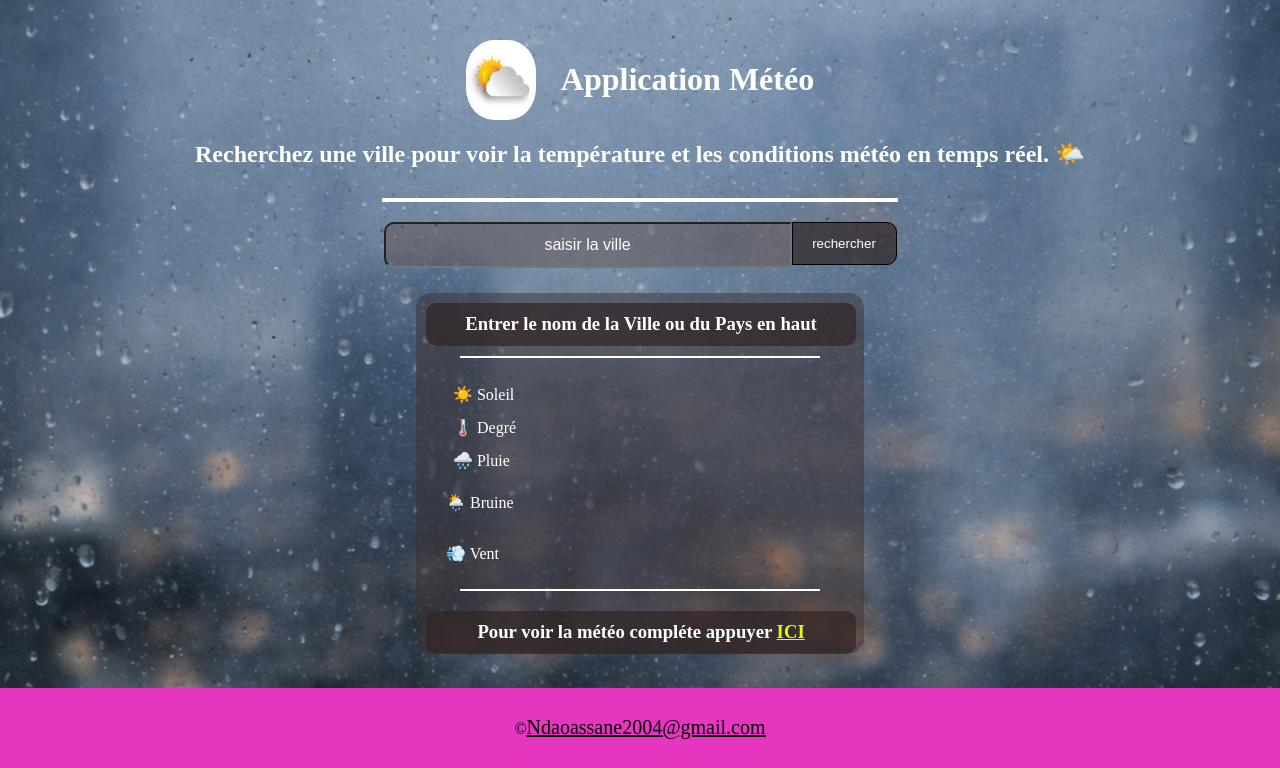
Repository: assanendao171/meteo
Page: index.html
The author's editor kept a copy of each file at every save. The page is drawn from the files as they stood at one save, then again after a run of saves.
The browser window is 1280 px wide. The pictures show the whole page.

Above is the page before, as saved 2026-03-16 13:42:17.

### index.html
<!DOCTYPE html>
<html lang="en">

<head>
    <meta charset="UTF-8">
    <meta name="viewport" content="width=device-width, initial-scale=1.0">
    <title>Document</title>
    <link rel="stylesheet" href="meteo2.css">
</head>

<body>
    <div id="haut">
        <img src="icone.jpg" alt="icone" id="photosoleil">
        <h1>Application Météo </h1>
    </div>
    <h2>Recherchez une ville pour voir la température et les conditions météo en temps réel. 🌤️</h2>
    <hr>
            <div id="bloc">
            <input type="text" id="input" placeholder="saisir la ville">
            <button id="btn">rechercher</button>
        </div>
    <div id="contain">
        <div id="resultat">
            <h3 id="h3">Entrer le nom de la Ville ou du Pays en haut</h3>
        </div>
        <hr id="hr">
        <div id="stat">
        <p id="soleil">☀️ Soleil</p>
        <p id="degre">🌡️ Degré</p >
        <p id="pluie">🌧️ Pluie</p >
        <p id="bruine">🌦️ Bruine</p >
        <p id="vent">💨 Vent</p >
        </div>
            <hr id="hr">
<div id="resultat">
<h3>Pour voir la météo compléte appuyer <a href="https://www.lachainemeteo.com/meteo-senegal/ville-462/previsions-meteo-dakar-aujourdhui" id="ici">ICI</a></h3>
</div>
    </div>

    </div>
    <footer>
        <p id="p">&copy;<a href="mailto:Ndaoassane2004@gmail.com">Ndaoassane2004@gmail.com</a></p>
    </footer>
    <script src="meteo2.js"></script>
</body>

</html>

### meteo2.css
body {
  display: flex;
  flex-direction: column;
  justify-content: center;
  justify-content: center;
  align-items: center;
  background-image: url("background.png");
  background-position: center;
  background-repeat: no-repeat;
  background-size: cover;
  color: rgb(255, 255, 255);
  padding-top: 40px;
  margin: 0;
}
#haut{
  display: flex;
  gap: 25px;
}
#bloc{
    display: flex;
    flex-direction: row;
    justify-content: center;
}
#photosoleil{
  width: 70px;
    border-radius: 40%;

}
#photobas{
  width: 70px;
    border-radius: 40%;

}
#recherche{
  width: 40px;
}
hr {
  color: white;
  border: 2px solid white;
  margin-top: 10px;
  width: 40%;
  margin-bottom: 20px;
}
#hr {
  color: white;
  border: 1px solid white;
  margin-top: 10px;
  width: 80%;
  margin-bottom: 20px;
}
#contain {
  margin-top: 25px;
  text-align: center;
  width: 35%;
background-color: rgba(59, 47, 47, 0.479);
  border-radius: 15px;
  height: 360px;
}
input {
  width: 400px;
  height: 40px;
  border-radius: 10px 0 0 10px;
background-color: rgba(97, 81, 81, 0.479);
color: white;
font-size: 1rem;
}
::placeholder{
  color: white;
  font-size: 1rem;
  text-align: center;
}
button {
  height: 43px;
  width: 105px;
  border-radius: 0 10px 10px 0;
  color: white;
  cursor: pointer;
  border: 1px solid black;
background-color: rgba(49, 36, 36, 0.692);
}

#resultat {
  margin-top: 60px;
  background-color: aliceblue;
width: 96%;
margin: 10px;
height: 43px;
border-radius: 10px;
display: flex;
flex-direction: column;
justify-content: center;
align-items: center;
background-color: rgba(49, 36, 36, 0.692);
}
h3 {
color: white;
  text-decoration: none;
}
#ici{
  text-decoration: underline;
  color: rgb(217, 255, 0);
}
#icone {
  color: rgb(70, 62, 62);
}
#stat{
  margin-left: 30px;
  display: flex;
  flex-direction: column;
  justify-content: flex-start;
  align-items: flex-start;

}
#soleil{
  font-size: 1rem;
   margin: 7px;
}
#degre{
  font-size: 1rem;
   margin: 7px;
}
#pluie{
  font-size: 1rem;
   margin: 7px;
}
#emoji{
  font-size: 1rem;
   margin: 7px;
}
#emoji{
  font-size: 1rem;
   margin: 7px;
}
#enfant{
  background-color: rgba(184, 180, 175, 0.733);
  padding: 5px;
  display: flex;
  flex-direction: column;
  justify-content: center;
align-items: center;}
#contain2{
  display: flex;
  flex-direction: row;
  justify-content: flex-start;
  gap: 60px;
  padding-top: 30px;
  color: rgb(255, 39, 39);
}
h4{
  margin: 0;
  color: black;
}
footer{
  margin-top: 35px;
  width: 100%;
  height: 80px;
  background-color: rgb(230, 53, 191);
  color: black;
  text-shadow: none;
  display: flex;
  flex-direction: row;
  align-items: center;
  justify-content: center;
}
#p a{
  text-align: center;
  font-size: 20px;
  color: black;
}
/* les media query mobile */

@media(max-width:768px){
*{
box-sizing: border-box;
}
html, body {
  width: 100%;
  height: 100%;
  overflow-x: hidden;
  margin: 0;
}
#haut{
display: flex;
flex-direction: column;
justify-content: center;
align-items: center;
}
#photosoleil{
    width: 70px;
    border-radius: 40%;
}
hr {
  color: white;
  border: 2px solid white;
  margin-top: 10px;
  width: 60%;
  margin-bottom: 20px;
}
#contain {
  padding-top: 25px;
  text-align: center;
  width: 80%;
  background-color: aquamarine;
  border-radius: 15px;
  height: 280px;
}
input {
  width: 60%;
  height: 30px;
  border-radius: 15px;
  box-shadow: blue 1px 1px 6px 1px;
  margin-left:15px;
}
button {
  height: 30px;
  width: 95px;
  border-radius: 15px;
  color: white;
  cursor: pointer;
  border: 1px solid white;
    margin-right: 15px;

}
button:hover {
  background-color: rgb(255, 255, 255);
  color: rgb(0, 4, 255);
  cursor: pointer;
  border: 1px solid blue;
  transform: scale(1.1);
  transition: 0.5s;
}
#resultat {
  background-color: aliceblue;
  display: flex;
  flex-direction: column;
  justify-content: center;
  justify-content: center;
  align-items: center;
  width: 60%;
  height: 120px;
  border-radius: 20px;
  font-size: 15px;
}
#recherche{
  width: 30px;
  height: 25px;
}
h3 {
  color: rgb(61, 52, 52);
  text-decoration: none;
  font-size: 15px;
  margin: 10px;
}
h1,h2{
  font-size: 20px;
  text-align: center;
  margin: 10px;
}
#enfant{
  background-color: rgba(184, 180, 175, 0.733);
  padding: 10px;
  display: flex;
  flex-direction: column;
  justify-content: center;
align-items: center;
border-radius: 15%;
}
#contain2{
  display: flex;
  flex-direction: row;
  justify-content: flex-start;
  gap: 15px;
  flex-wrap: wrap;
  color: rgb(255, 39, 39);
  margin-top: 35px;
}
#photobas{
    width: 35px;
    border-radius: 30%;
}
h4{
  margin: 0;
  color: black;
}
footer{
  margin-top: 80px;
  width: 100%;
  height: 130px;
  background-color: rgb(230, 53, 191);
  color: black;
  text-shadow: none;
  display: flex;
  flex-direction: row;
  align-items: center;
  justify-content: center;
}
#p a{
  text-align: center;
  font-size: 15px;
  color: black;
}
}

@media (min-width: 768px) and (max-width: 1024px) {
*{
box-sizing: border-box;
}
html, body {
  width: 100%;
  height: 100%;
  overflow-x: hidden;
  margin: 0;
}
#photosoleil{
    width: 100px;
    border-radius: 40%;
}
h1,h2{
  font-size: 30px;
  text-align: center;
  margin: 10px;
}
input {
  width: 60%;
  height: 40px;
  border-radius: 15px;
  box-shadow: blue 1px 1px 6px 1px;
  margin-left:15px;
}
button {
  height: 40px;
  width: 95px;
  border-radius: 15px;
  color: white;
  cursor: pointer;
  border: 1px solid white;
    margin-right: 15px;

}
button:hover {
  background-color: rgb(255, 255, 255);
  color: rgb(0, 4, 255);
  cursor: pointer;
  border: 1px solid blue;
  transform: scale(1.1);
  transition: 0.5s;
}
#resultat {
  background-color: aliceblue;
  display: flex;
  flex-direction: column;
  justify-content: center;
  justify-content: center;
  align-items: center;
  width: 80%;
  height: 120px;
  border-radius: 20px;
  font-size: 15px;
}
footer{
  margin-top: 80px;
  width: 100%;
  height: 160px;
  background-color: rgb(230, 53, 191);
  color: black;
  text-shadow: none;
  display: flex;
  flex-direction: row;
  align-items: center;
  justify-content: center;
}
#p a{
  text-align: center;
  font-size: 25px;
  color: black;
}
}

### meteo2.js
let input = document.getElementById("input");
let btn = document.getElementById("btn");
let h3 = document.getElementById("h3");
let icone = document.getElementById("icone");

let apiKey = "62ecfbc2ac82aa867b7d2b579270f663";
async function avoirMeteo(ville) {
  try {
    let data = await fetch(
      `https://api.openweathermap.org/data/2.5/weather?q=${ville}&appid=${apiKey}&units=metric`,
    );
    if (!data.ok) {
      throw new Error("ville introuvable !");
    }
    let reponse = await data.json();
    icone.textContent = "🔍";
    h3.textContent =`Recherche en cours...${input.value}`
    async function temps() {
      let meteo=reponse.weather[0].main
      let emoji=""
      if(meteo==="Clear"){
        emoji="☀️"
      }
      else if(meteo==="Clouds"){
        emoji="☁️"
      }
      else if(meteo==="Rain"){
        emoji= "🌧️"
      }
      else {
  emoji = "🌤️"
}
      await new Promise((resolve) => setTimeout(resolve, 4000));
      icone.textContent = "✅";
      h3.textContent = `🌡️ ${reponse.name} :${emoji} ${reponse.main.temp}°C, ${reponse.weather[0].description}`;
      input.value=""
    }
    temps();
  } catch (Error) {
    async function wait(){
          icone.textContent = "🔍";
    h3.textContent =`Recherche en cours...${input.value}`
      await new Promise(resolve=>setTimeout(resolve,4000))
    icone.textContent = "❌  ";
h3.textContent = "Ville introuvable ";    input.value=""
    }
    wait()
  }
}
btn.addEventListener("click", function () {
  if(input.value===""){
    alert("le champ est vide")
    return
  }
  let ville = input.value.trim();
  if (ville) {
    avoirMeteo(ville);
  }
});

After the next 3 saves:
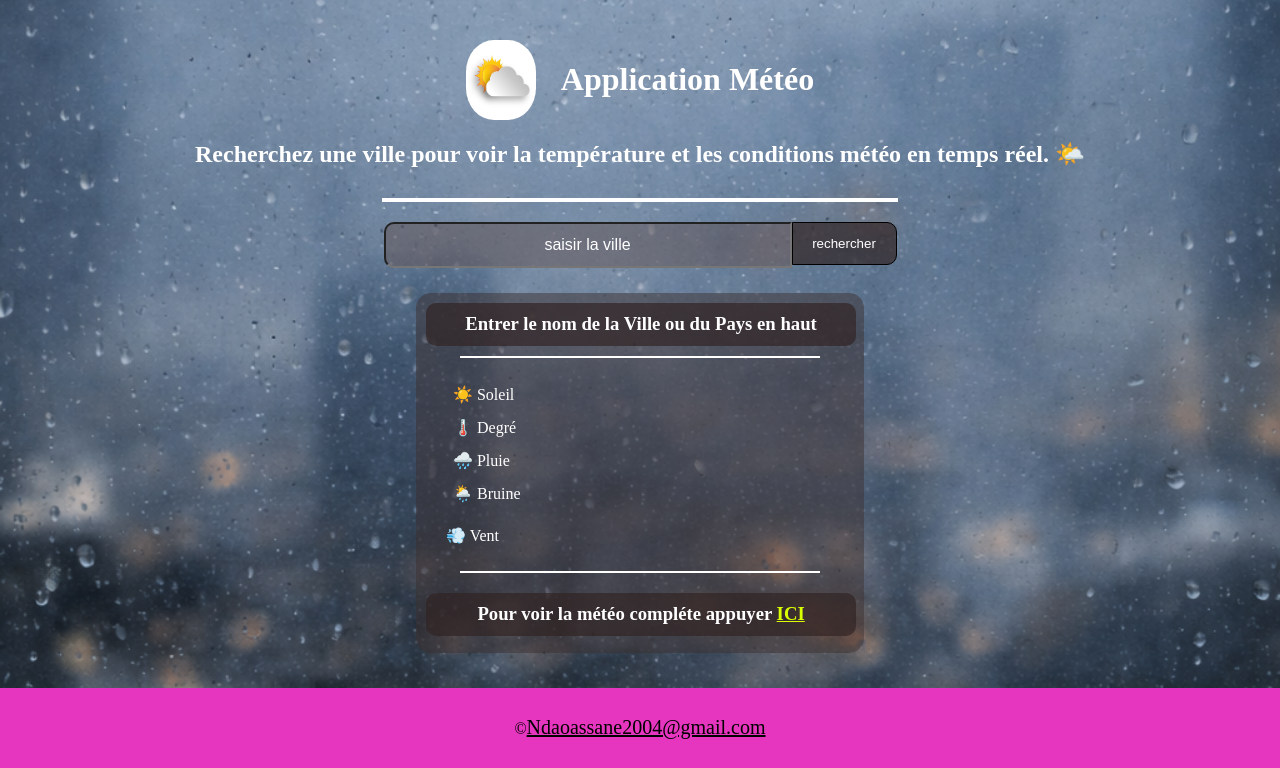
The 3 saves are shown as one change because they came seconds apart.
The last was saved 12 s later.
--- a/meteo2.css
+++ b/meteo2.css
@@ -123,11 +123,11 @@ color: white;
   font-size: 1rem;
    margin: 7px;
 }
-#emoji{
-  font-size: 1rem;
-   margin: 7px;
-}
-#emoji{
+#pluie{
+  font-size: 1rem;
+   margin: 7px;
+}
+#bruine{
   font-size: 1rem;
    margin: 7px;
 }
